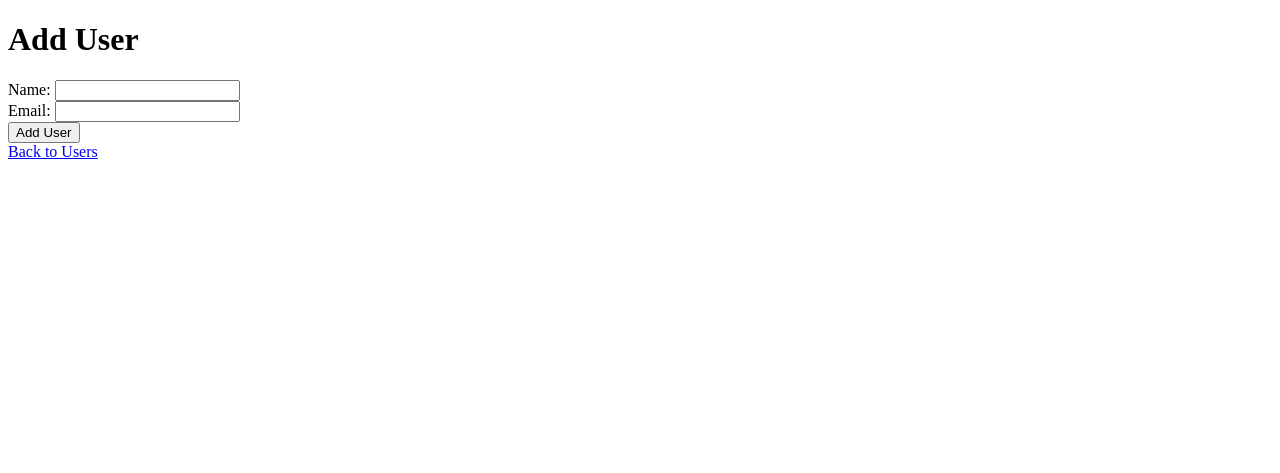
Repository: RishabhSpark/asset-management
Page: http://localhost/users/add
An editor plug-in stored every save of this project. The page is shown before and after the next save, followed by the edit.
The browser window is 1280 px wide. The pictures show the whole page.
The page is served by the project's application, run on Flask 3 (app/main.py). The session is filled in as if someone had signed in: {"credentials": 1}.

Above is the page before, as saved 2025-06-11 16:41:09.

After the next save:
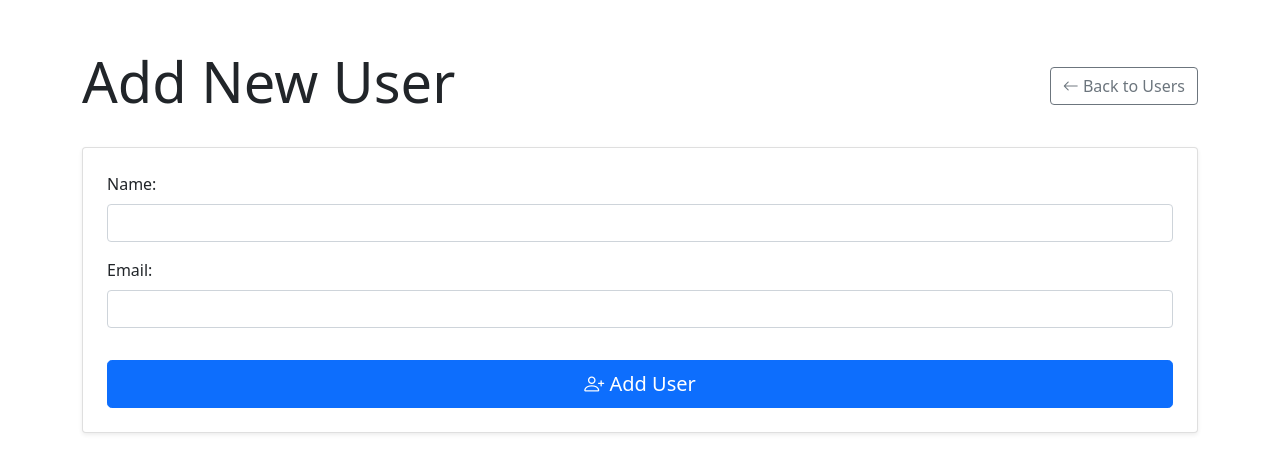
Saved 3 min 4 s later.
--- a/app/templates/add_user.html
+++ b/app/templates/add_user.html
@@ -1,15 +1,62 @@
 <!DOCTYPE html>
-<html>
+<html lang="en">
   <head>
+    <meta charset="UTF-8" />
+    <meta name="viewport" content="width=device-width, initial-scale=1.0" />
     <title>Add User</title>
+    <link
+      href="https://cdn.jsdelivr.net/npm/bootstrap@5.0.2/dist/css/bootstrap.min.css"
+      rel="stylesheet"
+      integrity="sha384-EVSTQN3/azprG1Anm3QDgpJLIm9Nao0Yz1ztcQTwFspd3yD65VohhpuuCOmLASjC"
+      crossorigin="anonymous"
+    />
+    <link
+      href="https://cdn.jsdelivr.net/npm/bootstrap-icons@1.5.0/font/bootstrap-icons.css"
+      rel="stylesheet"
+    />
   </head>
   <body>
-    <h1>Add User</h1>
-    <form method="post">
-      Name: <input type="text" name="name" required /><br />
-      Email: <input type="email" name="email" required /><br />
-      <input type="submit" value="Add User" />
-    </form>
-    <a href="{{url_for('users')}}">Back to Users</a>
+    <div class="container mt-5">
+      <div class="d-flex justify-content-between align-items-center mb-4">
+        <h1 class="display-4">Add New User</h1>
+        <a href="{{url_for('users')}}" class="btn btn-outline-secondary">
+          <i class="bi bi-arrow-left"></i> Back to Users
+        </a>
+      </div>
+
+      <div class="card shadow-sm p-4">
+        <form method="post">
+          <div class="mb-3">
+            <label for="userName" class="form-label">Name:</label>
+            <input
+              type="text"
+              class="form-control"
+              id="userName"
+              name="name"
+              required
+            />
+          </div>
+          <div class="mb-3">
+            <label for="userEmail" class="form-label">Email:</label>
+            <input
+              type="email"
+              class="form-control"
+              id="userEmail"
+              name="email"
+              required
+            />
+          </div>
+          <button type="submit" class="btn btn-primary btn-lg mt-3 w-100">
+            <i class="bi bi-person-plus"></i> Add User
+          </button>
+        </form>
+      </div>
+    </div>
+
+    <script
+      src="https://cdn.jsdelivr.net/npm/bootstrap@5.0.2/dist/js/bootstrap.bundle.min.js"
+      integrity="sha384-MrcW6ZMFYlzcLA8Nl+NtUVF0sA7MsXsP1UyJoMp4YLEuNSfAP+JcXn/tWtIaxVXM"
+      crossorigin="anonymous"
+    ></script>
   </body>
 </html>
